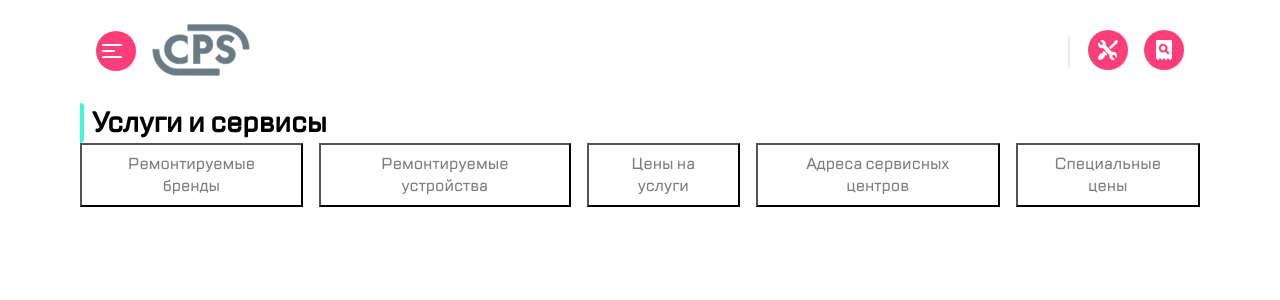
Repository: sem1103/bem
Page: index.html
An editor plug-in stored every save of this project. The page is shown before and after the next save, followed by the edit.
The browser window is 1280 px wide. The pictures show the whole page.

Above is the page before, as saved 2023-12-27 11:10:06.

### index.html
<!DOCTYPE html>
<html lang="en">
<head>
    <meta charset="UTF-8">
    <meta name="viewport" content="width=device-width, initial-scale=1.0">
    <title>CPS</title>
    <link rel="stylesheet" href="styles/reset.css">
    <link rel="stylesheet" href="styles/main.css">
</head>
<body>
    <div id="page" class="container">
        <header>
            <nav>
                <div class="burger">
                    <button class="burger__btn ">
                        <span></span>
                        <span></span>
                        <span></span>
                    </button>
                </div>

                <div class="burger-menu">

                    <ul class="burger-menu__list">
                        <li><a href="">Главная</a></li>
                        <li><a href="">Услуги и сервисы</a></li>
                        <li><a href="">Контакты</a></li>
                        <li><a href="">
                            <svg xmlns="http://www.w3.org/2000/svg" width="40" height="40" viewBox="0 0 40 40" fill="none">
                                <rect width="40" height="40" rx="20" fill="#FF3E79"/>
                                <path fill-rule="evenodd" clip-rule="evenodd" d="M12.7602 23.25L15.3002 22.96C15.9102 22.89 16.5102 23.1 16.9402 23.53L18.7802 25.37C21.6102 23.93 23.9302 21.62 25.3702 18.78L23.5202 16.93C23.0902 16.5 22.8802 15.9 22.9502 15.29L23.2402 12.77C23.3602 11.76 24.2102 11 25.2302 11H26.9602C28.0902 11 29.0302 11.94 28.9602 13.07C28.4302 21.61 21.6002 28.43 13.0702 28.96C11.9402 29.03 11.0002 28.09 11.0002 26.96V25.23C10.9902 24.22 11.7502 23.37 12.7602 23.25Z" fill="white"/>
                              </svg>
                        </a></li>
                        <li><a href="">
                            <svg xmlns="http://www.w3.org/2000/svg" width="40" height="40" viewBox="0 0 40 40" fill="none">
                                <rect width="40" height="40" rx="20" fill="#FF3E79"/>
                                <path fill-rule="evenodd" clip-rule="evenodd" d="M28 11H12C10.9 11 10.01 11.9 10.01 13L10 31L14 26H28C29.1 26 30 25.1 30 24V13C30 11.9 29.1 11 28 11ZM21 22H15C14.45 22 14 21.55 14 21C14 20.45 14.45 20 15 20H21C21.55 20 22 20.45 22 21C22 21.55 21.55 22 21 22ZM25 17H15C14.45 17 14 16.55 14 16C14 15.45 14.45 15 15 15H25C25.55 15 26 15.45 26 16C26 16.55 25.55 17 25 17Z" fill="white"/>
                                <mask id="mask0_0_1880" style="mask-type:luminance" maskUnits="userSpaceOnUse" x="10" y="11" width="20" height="20">
                                  <path fill-rule="evenodd" clip-rule="evenodd" d="M28 11H12C10.9 11 10.01 11.9 10.01 13L10 31L14 26H28C29.1 26 30 25.1 30 24V13C30 11.9 29.1 11 28 11ZM21 22H15C14.45 22 14 21.55 14 21C14 20.45 14.45 20 15 20H21C21.55 20 22 20.45 22 21C22 21.55 21.55 22 21 22ZM25 17H15C14.45 17 14 16.55 14 16C14 15.45 14.45 15 15 15H25C25.55 15 26 15.45 26 16C26 16.55 25.55 17 25 17Z" fill="white"/>
                                </mask>
                                <g mask="url(#mask0_0_1880)">
                                </g>
                              </svg>
                        </a></li>
                        <li><a href="">
                            <svg xmlns="http://www.w3.org/2000/svg" width="40" height="40" viewBox="0 0 40 40" fill="none">
                                <rect width="40" height="40" rx="20" fill="#FF3E79"/>
                                <path d="M20.5 19C22.9853 19 25 16.9853 25 14.5C25 12.0147 22.9853 10 20.5 10C18.0147 10 16 12.0147 16 14.5C16 16.9853 18.0147 19 20.5 19Z" fill="white"/>
                                <path d="M10.0166 26.6118C9.88693 27.3412 10.5352 28 11.339 28H28.6604C29.4902 28 30.1125 27.3412 29.9829 26.6118C29.2309 22.4 25.0561 20 19.9997 20C14.9433 20 10.7686 22.4 10.0166 26.6118Z" fill="white"/>
                              </svg>
                        </a></li>
                    </ul>
                </div>

                <div class="logo">
                    <svg class="logo__item" xmlns="http://www.w3.org/2000/svg" width="98" height="52" viewBox="0 0 98 52" fill="none">
                        <path fill-rule="evenodd" clip-rule="evenodd" d="M36.5703 0.592529C36.018 0.592529 35.5703 1.04024 35.5703 1.59253V5.86748C35.5703 6.41977 36.018 6.86748 36.5703 6.86748H72.8973C83.0242 6.86748 90.9777 14.6641 90.9777 24.757C90.9777 25.0425 91.2092 25.274 91.4948 25.274H96.757C97.0425 25.274 97.274 25.0425 97.274 24.757C97.274 11.2677 86.432 0.592529 72.8973 0.592529H36.5703Z" fill="#6B7B84" stroke="#80949F" stroke-width="0.5"/>
                        <path fill-rule="evenodd" clip-rule="evenodd" d="M7.10682 25.7122C7.10682 25.4702 6.91059 25.2739 6.66853 25.2739H1.16436C0.922303 25.2739 0.726074 25.4702 0.726074 25.7122C0.726074 39.3616 10.9493 50.6311 24.1687 51.3686L66.5104 51.4064C67.063 51.4069 67.5113 50.959 67.5113 50.4064V45.8267C67.5113 45.2745 67.0635 44.8267 66.5113 44.8267H25.6265C15.3903 44.7984 7.10682 36.283 7.10682 25.7122Z" fill="#6B7B84" stroke="#80949F" stroke-width="0.5"/>
                        <path fill-rule="evenodd" clip-rule="evenodd" d="M28.1415 39.7924C30.8803 39.7924 33.1616 39.2603 35.4149 38.1655L35.5704 38.0199V30.1855L34.7273 31.2649C33.1049 33.0378 30.9259 34.0137 28.4608 34.0137C23.8692 34.0137 19.2575 31.0459 19.2575 25.3738C19.2575 21.0874 22.4381 16.532 28.2993 16.532C29.4688 16.532 32.313 16.8085 34.7232 19.368L35.5704 20.4117V12.6127L35.4218 12.4653C33.1258 11.3147 30.7843 10.7554 28.1137 10.7554C23.5467 10.7554 19.9821 11.9577 17.1438 14.4289C15.3435 15.9777 12.3408 19.4485 12.3408 25.2923C12.3408 29.6131 13.8793 32.9875 17.1669 35.9144C20.2252 38.5962 23.6163 39.7924 28.1415 39.7924Z" fill="#6B7B84"/>
                        <path d="M28.1415 39.7924C30.8803 39.7924 33.1616 39.2603 35.4149 38.1655L35.5704 38.0199V30.1855L34.7273 31.2649C33.1049 33.0378 30.9259 34.0137 28.4608 34.0137C23.8692 34.0137 19.2575 31.0459 19.2575 25.3738C19.2575 21.0874 22.4381 16.532 28.2993 16.532C29.4688 16.532 32.313 16.8085 34.7232 19.368L35.5704 20.4117V12.6127L35.4218 12.4653C33.1258 11.3147 30.7843 10.7554 28.1137 10.7554C23.5467 10.7554 19.9821 11.9577 17.1438 14.4289C15.3435 15.9777 12.3408 19.4485 12.3408 25.2923C12.3408 29.6131 13.8793 32.9875 17.1669 35.9144C20.2252 38.5962 23.6163 39.7924 28.1415 39.7924" stroke="#80949F" stroke-width="0.5"/>
                        <path fill-rule="evenodd" clip-rule="evenodd" d="M47.9111 17.2888H49.2755C50.5269 17.2888 51.9533 17.3571 53.0328 18.093C53.56 18.4695 54.4445 19.3412 54.4445 20.9246C54.4445 22.0946 53.9274 23.1437 53.0734 23.7984C51.9783 24.5932 50.6768 24.5476 49.6309 24.5476H47.9111V17.2888ZM50.977 29.8179C54.2084 29.8179 56.7377 28.8858 58.4943 27.1298C60.655 24.9735 60.9779 22.0073 60.9779 20.4435C60.9779 18.7703 60.5813 15.5066 57.9212 13.1435C55.7407 11.2328 53.4142 10.7554 50.1324 10.7554H41.3779V39.7924H48.0365V29.8179H50.977Z" fill="#6B7B84"/>
                        <path d="M47.9111 17.2888V17.0388H47.6611V17.2888H47.9111ZM53.0328 18.093L53.1782 17.8895L53.1736 17.8864L53.0328 18.093ZM53.0734 23.7984L53.2203 24.0007L53.2254 23.9968L53.0734 23.7984ZM47.9111 24.5476H47.6611V24.7976H47.9111V24.5476ZM58.4943 27.1298L58.3177 26.9529L58.3175 26.953L58.4943 27.1298ZM57.9212 13.1435L58.0872 12.9566L58.086 12.9555L57.9212 13.1435ZM41.3779 10.7554V10.5054H41.1279V10.7554H41.3779ZM41.3779 39.7924H41.1279V40.0424H41.3779V39.7924ZM48.0365 39.7924V40.0424H48.2865V39.7924H48.0365ZM48.0365 29.8179V29.5679H47.7865V29.8179H48.0365ZM47.9111 17.5388H49.2755V17.0388H47.9111V17.5388ZM49.2755 17.5388C50.5326 17.5388 51.8839 17.6123 52.892 18.2995L53.1736 17.8864C52.0227 17.1019 50.5212 17.0388 49.2755 17.0388V17.5388ZM52.8875 18.2964C53.3751 18.6447 54.1945 19.4495 54.1945 20.9246H54.6945C54.6945 19.233 53.7448 18.2943 53.1782 17.8895L52.8875 18.2964ZM54.1945 20.9246C54.1945 22.0205 53.7107 22.9948 52.9213 23.5999L53.2254 23.9968C54.1441 23.2926 54.6945 22.1687 54.6945 20.9246H54.1945ZM52.9265 23.596C51.9091 24.3345 50.6971 24.2976 49.6309 24.2976V24.7976C50.6564 24.7976 52.0475 24.8519 53.2202 24.0007L52.9265 23.596ZM49.6309 24.2976H47.9111V24.7976H49.6309V24.2976ZM48.1611 24.5476V17.2888H47.6611V24.5476H48.1611ZM50.977 30.0679C54.2568 30.0679 56.8563 29.1207 58.671 27.3066L58.3175 26.953C56.6191 28.6509 54.1599 29.5679 50.977 29.5679V30.0679ZM58.6709 27.3068C60.9029 25.0793 61.2279 22.0287 61.2279 20.4435H60.7279C60.7279 21.9859 60.407 24.8678 58.3177 26.9529L58.6709 27.3068ZM61.2279 20.4435C61.2279 18.7422 60.8263 15.3898 58.0872 12.9566L57.7552 13.3304C60.3363 15.6233 60.7279 18.7983 60.7279 20.4435H61.2279ZM58.086 12.9555C55.84 10.9874 53.4417 10.5054 50.1324 10.5054V11.0054C53.3867 11.0054 55.6415 11.4782 57.7564 13.3315L58.086 12.9555ZM50.1324 10.5054H41.3779V11.0054H50.1324V10.5054ZM41.1279 10.7554V39.7924H41.6279V10.7554H41.1279ZM41.3779 40.0424H48.0365V39.5424H41.3779V40.0424ZM48.2865 39.7924V29.8179H47.7865V39.7924H48.2865ZM48.0365 30.0679H50.977V29.5679H48.0365V30.0679Z" fill="#80949F"/>
                        <path fill-rule="evenodd" clip-rule="evenodd" d="M80.953 24.4687C79.5053 23.1861 77.4846 22.4425 75.1911 21.6713C73.5569 21.1027 72.6565 20.7894 72.0562 20.2421C71.5824 19.8399 71.3712 19.4033 71.3712 18.8262C71.3712 17.5622 72.2301 16.2113 74.6414 16.2113C76.2801 16.2113 77.6521 16.912 78.7197 18.293L79.1435 18.8414L82.6597 14.3656L82.3392 14.0445C80.1886 11.8924 77.3548 10.7554 74.1439 10.7554C67.6657 10.7554 64.7658 14.9699 64.7658 19.1468C64.7658 21.3882 65.5651 23.196 67.1367 24.5175C68.5437 25.7234 70.2595 26.3991 71.9054 26.9507L72.0914 27.0123C73.553 27.4954 75.0646 27.9954 75.9674 28.8034C76.5955 29.3805 76.8754 30.0076 76.8754 30.8367C76.8754 32.7368 75.379 34.0137 73.152 34.0137C71.3916 34.0137 69.0735 33.1508 67.8471 30.7296L67.5263 30.0953L63.1558 34.1411L63.4135 34.5056C64.8079 36.4801 67.9545 39.7924 73.3594 39.7924C79.3191 39.7924 83.4817 35.9608 83.4817 30.4751C83.4817 27.3374 82.1051 25.4752 80.953 24.4687Z" fill="#6B7B84"/>
                        <path d="M80.953 24.4687C79.5053 23.1861 77.4846 22.4425 75.1911 21.6713C73.5569 21.1027 72.6565 20.7894 72.0562 20.2421C71.5824 19.8399 71.3712 19.4033 71.3712 18.8262C71.3712 17.5622 72.2301 16.2113 74.6414 16.2113C76.2801 16.2113 77.6521 16.912 78.7197 18.293L79.1435 18.8414L82.6597 14.3656L82.3392 14.0445C80.1886 11.8924 77.3548 10.7554 74.1439 10.7554C67.6657 10.7554 64.7658 14.9699 64.7658 19.1468C64.7658 21.3882 65.5651 23.196 67.1367 24.5175C68.5437 25.7234 70.2595 26.3991 71.9054 26.9507L72.0914 27.0123C73.553 27.4954 75.0646 27.9954 75.9674 28.8034C76.5955 29.3805 76.8754 30.0076 76.8754 30.8367C76.8754 32.7368 75.379 34.0137 73.152 34.0137C71.3916 34.0137 69.0735 33.1508 67.8471 30.7296L67.5263 30.0953L63.1558 34.1411L63.4135 34.5056C64.8079 36.4801 67.9545 39.7924 73.3594 39.7924C79.3191 39.7924 83.4817 35.9608 83.4817 30.4751C83.4817 27.3374 82.1051 25.4752 80.953 24.4687" stroke="#80949F" stroke-width="0.5"/>
                      </svg>
                </div>

                <div class="right-nav">
                    <ul class="right-nav__list">
                        <li><a href="">
                            <svg xmlns="http://www.w3.org/2000/svg" width="40" height="40" viewBox="0 0 40 40" fill="none">
                                <rect width="40" height="40" rx="20" fill="#FF3E79"/>
                                <path d="M18.2581 23.4583L18.6668 23.0494L16.95 21.3322L16.5412 21.7411L16.3368 21.5367C16.0098 21.1687 15.6828 20.9643 15.3558 21.0052C15.1105 21.0052 14.9061 21.1687 14.7426 21.414C14.4973 21.8229 14.62 22.2726 14.6608 22.5588C14.6608 22.6406 14.7017 22.6815 14.7017 22.7632C14.7017 22.8859 14.7017 23.0494 14.4156 23.0903C14.0068 23.213 13.4754 23.3356 12.944 23.6218C12.2082 24.0307 11.7176 24.3987 11.4315 24.7666C9.91902 26.7291 10.0008 28.4055 10.0008 28.4872C10.0008 28.6099 10.0417 28.6917 10.1234 28.7325L11.2271 29.8773C11.3089 29.9591 11.3906 30 11.4724 30C11.4724 30 11.5133 30 11.595 30C12.0038 30 13.4754 29.9182 15.1922 28.569C15.5601 28.2828 15.928 27.7922 16.3368 27.0562C16.623 26.5656 16.7865 26.0341 16.8682 25.5844C16.95 25.2982 17.0726 25.2982 17.1953 25.2982C17.2361 25.2982 17.3179 25.339 17.3996 25.339C17.5631 25.3799 17.7267 25.4208 17.931 25.4208C18.1354 25.4208 18.3398 25.3799 18.5442 25.2573C18.7895 25.0937 18.953 24.8893 18.9939 24.644C19.0347 24.3169 18.8712 23.9898 18.5033 23.7036L18.2581 23.4583Z" fill="white"/>
                                <path d="M26.884 14.8784L28.0188 14.326C28.0609 14.2835 28.1449 14.241 28.1869 14.1986L29.9101 11.8616C30.0362 11.6916 30.0362 11.4367 29.8681 11.3092L28.6913 10.1195C28.5652 9.99199 28.313 9.9495 28.1449 10.077L25.8333 11.8191C25.7913 11.8616 25.7493 11.9041 25.7072 11.989L25.1609 13.1363L21 17.2154L22.7652 19L26.884 14.8784Z" fill="white"/>
                                <path d="M27.8527 23.0448C26.8636 22.0036 25.4393 21.6288 24.0941 22.0036L17.6453 15.1733C17.7244 14.7985 17.764 14.4653 17.764 14.0905C17.764 13.0493 17.3683 12.0081 16.6166 11.2167C15.588 10.0923 14.045 9.71742 12.6207 10.2172C12.5416 10.2588 12.4229 10.3838 12.3833 10.5504C12.3833 10.6753 12.4229 10.8003 12.502 10.9252L14.4406 12.966C14.8758 13.4241 14.8758 14.2154 14.4406 14.6735C14.0054 15.1317 13.2537 15.1317 12.8185 14.6735L10.8799 12.6328C10.7612 12.5495 10.6425 12.5078 10.4843 12.5495C10.3656 12.5495 10.2469 12.6744 10.2073 12.7994C9.73256 14.2571 10.0886 15.8813 11.1173 16.9642C11.8294 17.7555 12.8581 18.172 13.8867 18.172C14.2032 18.172 14.5593 18.1303 14.8758 18.047L21.3642 24.8773C21.0082 26.2933 21.4038 27.7927 22.3533 28.8339C23.105 29.6252 24.0546 30 25.0832 30C25.5184 30 25.914 29.9167 26.3492 29.7918C26.4679 29.7501 26.5866 29.6252 26.6262 29.5002C26.6658 29.3753 26.6262 29.2087 26.5075 29.1254L24.5689 27.0846C24.3711 26.8764 24.2128 26.5432 24.2128 26.21C24.2128 25.8768 24.3315 25.5853 24.5689 25.3354C24.8063 25.0855 25.0832 24.9606 25.3997 24.9606C25.7162 24.9606 25.9932 25.0855 26.2306 25.3354L28.1692 27.3762C28.2879 27.4595 28.4065 27.5011 28.5252 27.5011C28.6439 27.4595 28.7626 27.3762 28.8022 27.2512C28.9209 26.8348 29 26.3766 29 25.9185C29 24.8356 28.6044 23.7944 27.8527 23.0448Z" fill="white"/>
                              </svg>
                        </a></li>

                        <li><a href="">
                            <svg xmlns="http://www.w3.org/2000/svg" width="40" height="40" viewBox="0 0 40 40" fill="none">
                                <rect width="40" height="40" rx="20" fill="#FF3E79"/>
                                <path fill-rule="evenodd" clip-rule="evenodd" d="M12 11C12 10.4477 12.4477 10 13 10H27C27.5523 10 28 10.4477 28 11V28.5C27.1716 28.5 26.5 29.1715 26.5 29.9999H25.5C25.5 29.1715 24.8284 28.5 24 28.5C23.1716 28.5 22.5 29.1715 22.5 29.9999H21.5C21.5 29.1715 20.8284 28.5 20 28.5C19.1716 28.5 18.5 29.1715 18.5 29.9999H17.5C17.5 29.1715 16.8284 28.5 16 28.5C15.1716 28.5 14.5 29.1715 14.5 29.9999H13.5C13.5 29.1715 12.8284 28.5 12 28.5V11ZM21.4163 21.7884C20.5536 22.3443 19.4703 22.5936 18.3296 22.3827C16.5274 22.0472 15.0895 20.5326 14.8595 18.7114C14.4952 15.8261 16.9492 13.4201 19.8538 13.8802C21.656 14.1677 23.1034 15.6439 23.4006 17.4365C23.5828 18.5484 23.3239 19.5741 22.7871 20.4272L24.896 22.5265C25.2699 22.9003 25.2699 23.5138 24.896 23.8876C24.5126 24.2711 23.8991 24.2711 23.5252 23.8972L21.4163 21.7884ZM16.7058 18.0588C16.7058 16.7599 17.7599 15.7058 19.0588 15.7058C20.3576 15.7058 21.4117 16.7599 21.4117 18.0588C21.4117 19.3576 20.3576 20.4117 19.0588 20.4117C17.7599 20.4117 16.7058 19.3576 16.7058 18.0588Z" fill="white"/>
                              </svg>
                        </a></li>
                    </ul>
                </div>
            </nav>
        </header>

        <main>
            <div class="title">
                <h1>
                    Услуги и сервисы
                </h1>
                <ul class="title__nav">
                    <li><a href=""></a></li>
                    <li><a href=""></a></li>
                </ul>
            </div>

            <div class="navigation">
                <ul class="navigation__list">
                    <li><button>Ремонтируемые бренды</button></li>
                    <li><button>Ремонтируемые устройства</button></li>
                    <li><button>Цены на услуги</button></li>
                    <li><button>Адреса сервисных центров</button></li>
                    <li><button>Специальные цены</button></li>
                </ul>
            </div>
        </main>

        <footer></footer>
    </div>
</body>
</html>

### styles/reset.css
:root{
    --green: #57aa32;
    --gray: #2e2d2c;
}
html{
    scroll-behavior: smooth;
}
html,
body,
div,
span,
applet,
object,
iframe,
h1,
h2,
h3,
h4,
h5,
h6,
p,
blockquote,
pre,
a,
abbr,
acronym,
address,
big,
cite,
code,
del,
dfn,
em,
img,
ins,
kbd,
q,
s,
samp,
small,
strike,
strong,
sub,
sup,
tt,
var,
b,
u,
i,
center,
dl,
dt,
dd,
ol,
ul,
li,
fieldset,
form,
label,
legend,
table,
caption,
tbody,
tfoot,
thead,
tr,
th,
td,
article,
aside,
canvas,
details,
embed,
figure,
figcaption,
footer,
header,
hgroup,
menu,
nav,
output,
ruby,
section,
summary,
time,
mark,
audio,
video {
    margin: 0;
    padding: 0;
    border: 0;
    font-size: 100%;
    font: inherit;
    vertical-align: baseline
}

article,
aside,
details,
figcaption,
figure,
footer,
header,
hgroup,
menu,
nav,
section {
    display: block
}

body {
    line-height: 1;
}

ol,
ul {
    list-style: none
}

blockquote,
q {
    quotes: none
}

blockquote:before,
blockquote:after,
q:before,
q:after {
    content: '';
    content: none
}

table {
    border-collapse: collapse;
    border-spacing: 0
}

a {
    text-decoration: none;
    color: #365edc;
    transition: all .3s ease-in-out
}

a:hover {
    color: #365edc;
}

* {
    box-sizing: border-box
}

main img{
    width: 100%;
    height: auto;
}

### styles/main.css
:root{
    --pink: #FF3E79;
}
@font-face {
    font-family: 'TT Lakes Medium';
    src: url('../fonts/TTLakes-Medium.eot');
    src: url('../fonts/TTLakes-Medium.eot?#iefix') format('embedded-opentype'),
    url('../fonts/TTLakes-Medium.woff') format('woff'),
    url('../fonts/TTLakes-Medium.ttf') format('truetype');
    font-weight: normal;
    font-style: normal;
    }
h1{
    font:700 28px/40px 'TT Lakes Medium';
    position: relative;
    padding: 0 0 0 12px;
}
h1::before{
    content: '';
    position: absolute;
    width: 4px;
    height: 100%;
    left: 0;
    background: #41F6D7;
    border-radius: 0 5px 5px 0;
}
.container{
    max-width: 1120px;
    margin: 0 auto;
}
header{
    position: relative;
    padding: 24px 16px;
}
nav{
    display: flex;
    align-items: center;
}
nav > div:last-child{
    margin: 0 0 0 auto;
}
.burger-menu{
    position: absolute;
    left: -300%;
}
.burger__btn{
    width: 40px;
    height: 40px;
    background: var(--pink);
    border: 0;
    border-radius: 50%;
    position: relative;
    cursor: pointer;
    margin: 0 16px 0 0;
}
.burger__btn span{
    display: block;
    width: 20px;
    height: 2px;
    background: #fff;
    border-radius: 5px;
    position: absolute;
    top: 50%;
    transform: translate(0, -50%);
}
.burger__btn span:first-child{
    top: 35%;
}
.burger__btn span:nth-child(2){
    width: 13px;
}
.burger__btn span:last-child{
    top: 65%;
}

.right-nav__list{
    display: flex;
    gap: 16px;
    position: relative;
}
.logo__item{
    position: relative;
}
.right-nav__list::before{
    content: "";
    position: absolute;
    left: -20px;
    height: 32px;
    top: 50%;
    transform: translateY(-50%);
    width: 2px;
    border-radius: 1px;
    background-color: #EAEAEA;
}

.navigation__list{
    display: flex;
    overflow: auto;
    gap: 16px;
}
.navigation__list button{
    color: #7E7E82;
    font: 500 16px 'TT Lakes Medium';
    background-color: #fff;
    padding: 8px 16px;
}

After the next save:
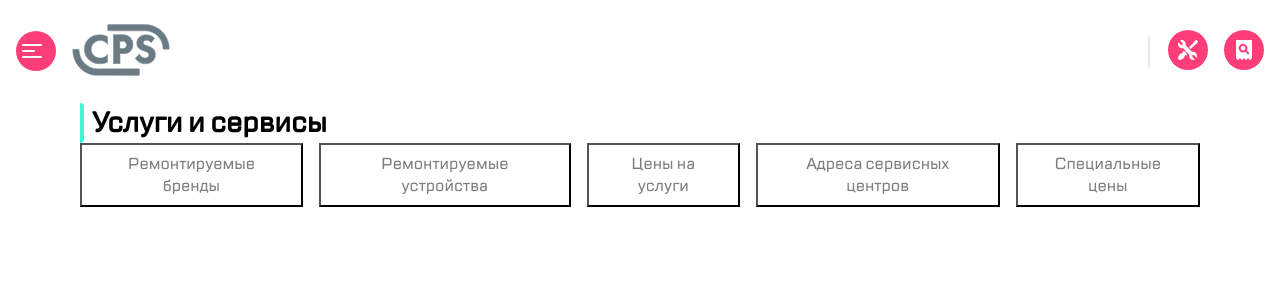
Saved 30 s later.
--- a/index.html
+++ b/index.html
@@ -8,7 +8,7 @@
     <link rel="stylesheet" href="styles/main.css">
 </head>
 <body>
-    <div id="page" class="container">
+    <div id="page" >
         <header>
             <nav>
                 <div class="burger">
@@ -87,7 +87,7 @@
             </nav>
         </header>
 
-        <main>
+        <main class="container">
             <div class="title">
                 <h1>
                     Услуги и сервисы
